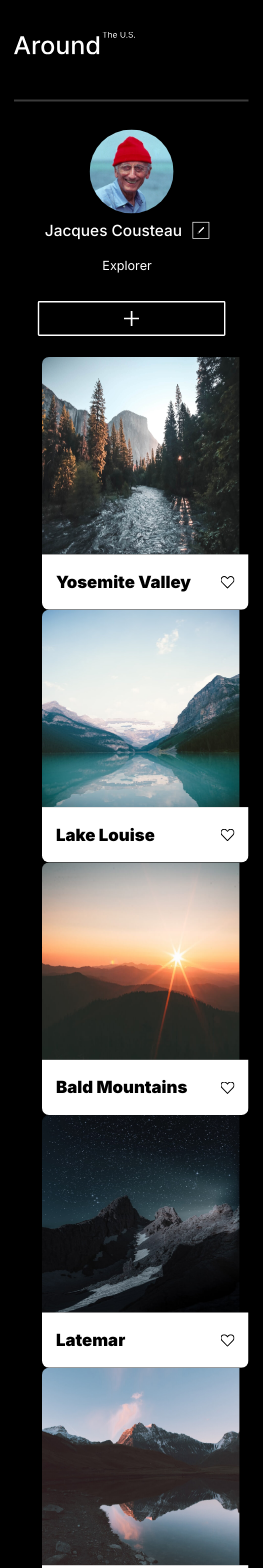
Repository: luisbaezx/se_project_aroundtheus
Page: index.html
An editor plug-in stored every save of this project. The page is shown before and after the next save, followed by the edit.
The browser window is 375 px wide. The pictures show the part of the page from y = 0 to 2240 px (the page is 2793 px tall before and 2797 px after), at 70% of full size.

Above is the page before, as saved 2024-05-30 17:50:38.

### index.html
<!DOCTYPE html>
<html lang="en">
  <head>
    <meta charset="UTF-8" />
    <meta name="viewport" content="width=device-width, user-scalable=no,
    initial-scale=1/>
    <meta content="ie=edge" http-equiv="X-UA-Compatible" />
    <title>Around The U.S</title>
    <link href="./pages/index.css" rel="stylesheet" />
  </head>
  <body class="page">
    <div class="page__content">
      <header class="header page__section">
        <img
          src="./images/logo.svg"
          alt="Around the U.S. Logo"
          class="header__image"
        />
      </header>
      <main class="content">
        <section class="profile page__section">
          <img
            src="./images/jacques-cousteau.jpg"
            alt="Avatar"
            class="profile__image"
          />
          <div class="profile__info">
            <h1 class="profile__title">Jacques Cousteau</h1>
            <button class="profile__edit-button" type="button"></button>
            <p class="profile__description">Explorer</p>
          </div>
          <button class="profile__add-button" type="button"></button>
        </section>
        <section class="cards page__section">
          <ul class="cards__list">
            <li class="card">
              <img src="./images/yosemite.jpg" class="card__image" />
              <div class="card__description">
                <h2 class="card__title">Yosemite Valley</h2>
                <button class="card__like-button" type="button"></button>
              </div>
            </li>
            <li class="card">
              <img src="./images/lake-louise.jpg" class="card__image" />
              <div class="card__description">
                <h2 class="card__title">Lake Louise</h2>
                <button class="card__like-button" type="button"></button>
              </div>
            </li>
            <li class="card">
              <img src="./images/bald-mountains.jpg" class="card__image" />
              <div class="card__description">
                <h2 class="card__title">Bald Mountains</h2>
                <button class="card__like-button" type="button"></button>
              </div>
            </li>
            <li class="card">
              <img src="./images/latemar.jpg" class="card__image" />
              <div class="card__description">
                <h2 class="card__title">Latemar</h2>
                <button class="card__like-button" type="button"></button>
              </div>
            </li>
            <li class="card">
              <img src="./images/vanoise.jpg" class="card__image" />
              <div class="card__description">
                <h2 class="card__title">Vanoise National Park</h2>
                <button class="card__like-button" type="button"></button>
              </div>
            </li>
            <li class="card">
              <img src="./images/lago.jpg" class="card__image" />
              <div class="card__description">
                <h2 class="card__title">Lago di Braies</h2>
                <button class="card__like-button" type="button"></button>
              </div>
            </li>
          </ul>
        </section>
      </main>
      <footer class="footer">
        <p class="footer__copyright">&copy; 2024 Around The U.S.</p>
      </footer>
    </div>
  </body>
</html>

### pages/index.css
@import url("../vendor/normalize.css");
@import url("../vendor/fonts.css");
@import url("../blocks/page.css");
@import url("../blocks/header.css");
@import url("../blocks/profile.css");
@import url("../blocks/cards.css");
@import url("../blocks/card.css");
@import url("../blocks/footer.css");

### blocks/page.css
.page {
  font-family: Inter, Arial, Helvetica, sans-serif;
  background-color: black;
  color: white;
}

.page__section {
  max-width: 880px;
  width: 100%;
  position: relative;
  margin: 0 auto;
}

.page__content {
  display: flex;
  flex-direction: column;
  min-height: 100vh;
  padding: 0 20px;
}

### blocks/header.css
.header {
  margin-top: 45px;
  border-width: 880px;
  border-bottom: solid rgba(84, 84, 84, 0.7);
  padding-bottom: 41px;
}

.header__image {
  width: 173px;
  height: 33px;
  transition: opacity 0.3s ease;
}
@media screen and (max-width: 450px) {
  .header {
    height: 56px;
  }

### blocks/profile.css
.profile {
  display: flex;
  align-items: center;
  padding-top: 40px;
  min-width: 282px;
}

.profile__info {
  display: grid;
  grid-template-areas:
    "title button"
    "description description";
  grid-template-columns: minmax(auto, 375px) auto;
  margin-right: 12px;
  align-items: center;
  gap: 15px;
}

.profile__edit-button {
  background: transparent url(../images/edit-icon.svg) center no-repeat;
  height: 24px;
  width: 24px;
  grid-area: button;
  border: 1px white solid;
}

.profile__edit-button:hover {
  opacity: 0.6;
}

.profile__add-button {
  background: transparent url(../images/add-icon.svg) center no-repeat;
  width: 150px;
  height: 50px;
  margin-left: auto;
  border: 2px white solid;
  border-radius: 2px;
  transition: opacity 0.3s ease-in;
}

.profile__add-button:hover {
  opacity: 0.6;
  cursor: pointer;
}
.profile__title {
  font-size: 42px;
  line-height: 48px;
  font-weight: 500;
  grid-area: title;
  margin: 0;
  text-overflow: ellipsis;
  white-space: nowrap;
  overflow: hidden;
}

.profile__description {
  font-size: 18px;
  line-height: 22px;
  font-weight: 400;
  grid-area: description;
  margin: 0;
  text-overflow: ellipsis;
  white-space: nowrap;
  overflow: hidden;
  max-width: 370px;
}

.profile__image {
  height: 120px;
  width: 120px;
  border-radius: 50%;
  object-fit: cover;
  object-position: center;
  margin-right: 24px;
}

@media screen and (max-width: 770px) {
  .profile {
    flex-direction: column;
  }

  .profile__info {
    display: flex;
    flex-wrap: wrap;
    justify-content: center;
    width: 100%;
  }

  .profile__description {
    width: 100%;
    text-align: center;
    margin-bottom: 40px;
  }

  .profile__add-button {
    margin: 0;
    width: 80%;
  }
}

@media screen and (max-width: 450px) {
  .profile {
    justify-content: space-around;
  }
  .profile__title {
    font-size: 22px;
  }
  .profile__edit-button {
    display: flex;
    justify-content: flex-end;
  }

  .profile__image {
    margin: 0;
    min-width: auto;
  }
}

### blocks/cards.css
.cards {
  margin-top: 30px;
  border-radius: 10px;
}

.card__list {
  display: grid;
  justify-content: center;
  grid-template-columns: repeat(auto-fit, 282px);
  grid-gap: 20px 17px;
  padding: 0;
  margin: 0;
}

.card {
  display: flex;
  flex-direction: column;
  list-style: none;
  border-radius: 10px;
  overflow: hidden;
}

.card__image {
  width: 282px;
  height: 282px;
}

.card__title {
  max-width: 220px;
  font-size: 24px;
  font-weight: 900;
  line-height: 29px;
  text-overflow: ellipsis;
  white-space: nowrap;
  overflow: hidden;
  margin: 0;
}

.card__description {
  display: flex;
  background-color: white;
  color: black;
  padding-top: 25px;
  padding-bottom: 25px;
  padding-left: 20px;
  padding-right: 20px;
  align-items: center;
  justify-content: space-between;
}

.card__like-button {
  background: transparent url(../images/like-inactive.svg) center no-repeat;
  width: 21px;
  height: 18px;
  border: none;
  transition: opacity 0.3s ease;
}

.card__like-button:hover {
  opacity: 0.5;
}

### blocks/card.css
.card {
  display: flex;
  flex-direction: column;
  list-style: none;
  border-radius: 10px;
  overflow: hidden;
}

.card__image {
  width: 282px;
  height: 282px;
}

.card__title {
  max-width: 220px;
  font-size: 24px;
  font-weight: 900;
  line-height: 29px;
  text-overflow: ellipsis;
  white-space: nowrap;
  overflow: hidden;
  margin: 0;
}

.card__description {
  display: flex;
  background-color: white;
  color: black;
  padding-top: 25px;
  padding-bottom: 25px;
  padding-left: 20px;
  padding-right: 20px;
  align-items: center;
  justify-content: space-between;
}

.card__like-button {
  background: transparent url(../images/like-active.svg) center no-repeat;
  width: 21px;
  height: 18px;
  border: none;
  transition: opacity 0.3s ease-in;
}

.card__like-button:hover {
  opacity: 0.5;
  cursor: pointer;
}

### blocks/footer.css
.footer {
  width: 100%;
  max-width: 880px;
  margin: 0 auto;
  text-align: left;
}

.footer__copyright {
  color: #545454;
  margin-left: auto;
  margin-right: auto;
  margin-top: 67px;
}

@media screen and (max-width: 600px) {
  .footer {
    max-width: 282px;
  }
}

Loaded but not shown: vendor/normalize.css (library); vendor/fonts.css (common file)

After the next save:
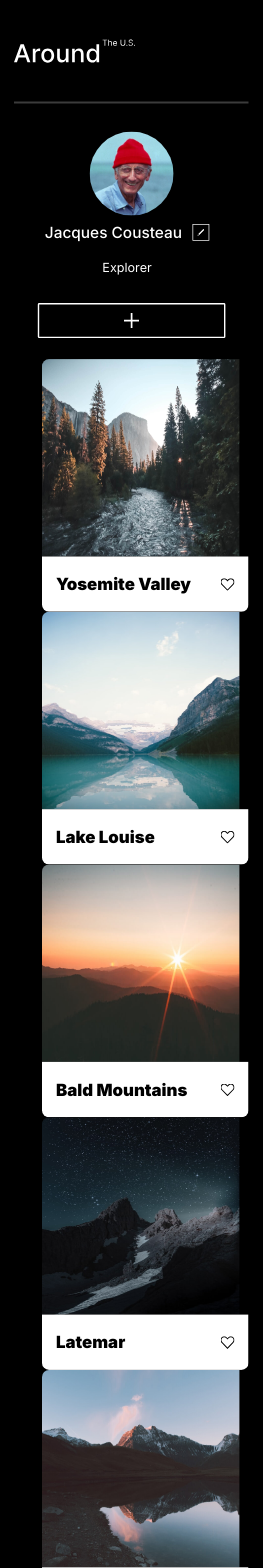
Saved 92 s later.
--- a/blocks/header.css
+++ b/blocks/header.css
@@ -11,6 +11,6 @@
   transition: opacity 0.3s ease;
 }
 @media screen and (max-width: 450px) {
-  .header {
+  .header__image {
     height: 56px;
   }
